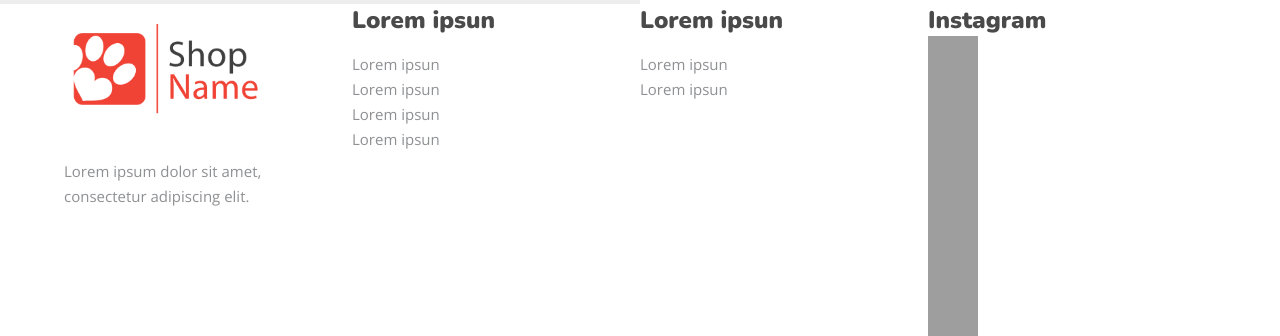
Repository: MarilynCuore/landingVet
Page: index.html
These files come from the project's save history. The page is drawn as it stood at one moment and after the next save; the edit follows.
The browser window is 1280 px wide. The pictures show the part of the page from y = 1930 to 2566 px (the page is 2266 px tall before and 2566 px after).
Pictures or frames that could not be fetched are drawn as grey boxes. Some web libraries are served in a nearby version. The style sheet was rebuilt from its Sass, Less or Tailwind sources for each picture, by a compiler version that may differ from the author's.

Above is the page before, as saved 2020-05-25 15:58:18.

### index.html
<!DOCTYPE html>
<html lang="en">

<head>
    <meta charset="UTF-8">
    <meta name="viewport" content="width=device-width, initial-scale=1.0">
    <title>Document</title>
    <link rel="stylesheet" href="./main.css">
    <link rel="stylesheet" href="https://cdnjs.cloudflare.com/ajax/libs/font-awesome/5.13.0/js/all.min.js">
</head>

<body>

    <!--Nav-->
    <nav>
        <div class="top-bar">
            <div class="container">
                <ul>
                    <li>
                        <a href="">Llámanos 609534467</a>
                    </li>
                    <li>
                        <a href="">Mi cuenta</a>
                    </li>
                </ul>
            </div>
        </div>
        <div class="bottom-bar">
            <div class="container">
                <ul>
                    <li>
                        <a href="">
                            <img src="./assets/white.png" width="100" alt="">
                        </a>
                    </li>
                </ul>
                <ul>
                    <li>
                        <a href="">Lorem ipsun</a>
                    </li>
                    <li>
                        <a href="">Lorem ipsun</a>
                    </li>
                    <li>
                        <a href="">Lorem ipsun</a>
                    </li>
                </ul>
            </div>

        </div>

    </nav>
    <header>
        <div class="container">
            <h1>Dónde ser una mascota es lo mejor</h1>
            <p>Lorem ipsum dolor sit amet, consectetur adipiscing elit. Phasellus eleifend at dolor quis vulputate.
                Quisque id blandit tellus, at pretium ex. Nulla in dui ligula. Nunc pharetra venenatis commodo.</p>
            <a href="">Saber más</a>
        </div>

    </header>
    <section>
        <div class="container">
            <div class="title">
                <h2>Lorem ipsun</h2>
                <p>Lorem ipsum dolor sit amet, consectetur adipiscing elit. <br>Phasellus eleifend at dolor quis
                    vulputate.</p>
            </div>
            <div class="grid">
                <div class="grid__container">
                    <div class="title">
                        <span>Perros</span>
                        <strong><a href="">Saber más</a></strong>
                    </div>
                </div>
                <div class="grid__container">
                    <div class="title">
                        <span>Gatos</span>
                        <strong><a href="">Saber más</a></strong>
                    </div>
                </div>
                <div class="grid__container">
                    <div class="title">
                        <span>Otros</span>
                        <strong><a href="">Saber más</a></strong>
                    </div>
                </div>
            </div>
        </div>
    </section>
    <section>
        <div class="one">
            <div class="content container">
                <h3>Encuéntranos o ponte en contacto</h3>
                <div>
                    <p>Lorem ipsum dolor sit amet, consectetur adipiscing elit. <br>Phasellus eleifend at dolor quis
                        vulputate.</p>
                    <p>lorem@gmail.com</p>
                </div>
            </div>

        </div>
        <div class="two">
            <iframe
                src="https://www.google.com/maps/embed?pb=!1m18!1m12!1m3!1d24285.284825320497!2d-3.717631440991407!3d40.460648281487934!2m3!1f0!2f0!3f0!3m2!1i1024!2i768!4f13.1!3m3!1m2!1s0xd422906e34771eb%3A0x9887e1ccf09cb673!2zVGV0dcOhbiwgTWFkcmlk!5e0!3m2!1ses!2ses!4v1590408248756!5m2!1ses!2ses"
                width="100%" height="450" frameborder="0" style="border:0;" allowfullscreen="" aria-hidden="false"
                tabindex="0"></iframe>
        </div>
    </section>
    <footer>
        <div class="container">
            <div>
                <ul>
                    <li>
                        <a href="">
                            <img src="./assets/red.png" alt="" width="200">
                        </a>

                    </li>
                    <li>
                        <p>Lorem ipsum dolor sit amet, <br> consectetur adipiscing elit. </p>
                    </li>
                </ul>
            </div>
            <div>
                <h5>Lorem ipsun</h5>
                <ul>
                    <li>
                        <a href="">Lorem ipsun</a>
                    </li>
                    <li>
                        <a href="">Lorem ipsun</a>
                    </li>
                    <li>
                        <a href="">Lorem ipsun</a>
                    </li>
                    <li>
                        <a href="">Lorem ipsun</a>
                    </li>
                </ul>
            </div>
            <div>
                <h5>Lorem ipsun</h5>
                <ul>
                    <li>
                        <a href="">Lorem ipsun</a>
                    </li>
                    <li>
                        <a href="">Lorem ipsun</a>
                    </li>
                </ul>
            </div>
            <div>
                <h5>Instagram</h5>
                <div class="grid">
                    <a href=""></a>
                    <a href=""></a>
                    <a href=""></a>
                    <a href=""></a>
                    <a href=""></a>
                    <a href=""></a>
                </div>
            </div>
        </div>
    </footer>
</body>

</html>

### main.scss
@import url("https://fonts.googleapis.com/css2?family=Nunito:ital,wght@0,200;0,300;0,400;0,600;0,700;0,800;0,900;1,200;1,300;1,400;1,600;1,700;1,800;1,900&display=swap");
@import url("https://fonts.googleapis.com/css2?family=Open+Sans:ital,wght@0,300;0,400;0,600;0,700;0,800;1,300;1,400;1,600;1,700;1,800&display=swap");
$color-primary: #f04336;
.container {
  max-width: 90%;
  margin: 0 auto;
}

nav {
  background: transparent;
  position: fixed;
  left: 0;
  width: 100%;
  z-index: 10;
  border-bottom: solid 0.5px white;
  padding-top: 1rem;
  padding-bottom: 1rem;
  .top-bar {
    background-color: rgba(white, 0.3);
    position: fixed;
    top: 0;
    width: 100%;
    height: 35px;
    font-size: 13px;
    line-height: 1;
    z-index: 110;
    .container {
      ul {
        display: flex;
        align-items: center;
        justify-content: flex-end;
        li {
          list-style: none;
          a {
            text-decoration: none;
            color: white;
            font-size: 13px;
            font-weight: normal;
            font-family: "Nunito", sans-serif;
          }
          &:nth-of-type(1) {
            padding-right: 1rem;
          }
        }
      }
    }
  }
  .bottom-bar {
    padding-top: 2rem;
    .container {
      display: flex;
      align-items: center;
      justify-content: space-between;
      ul {
        width: 100%;
        &:nth-of-type(2) {
          display: flex;
          align-self: center;
          justify-content: flex-end;
          li {
            padding-right: 3rem;
            &:last-child {
              padding-right: none !important;
            }
          }
        }
        li {
          list-style: none;
          a {
            text-decoration: none;
            color: white;
            font-size: 18px;
            font-weight: bold;
            font-family: "Nunito", sans-serif;
          }
        }
      }
    }
  }
}
header {
  background-image: url("https://pawfriends.qodeinteractive.com/wp-content/uploads/2019/08/h1-rev-img-1.jpg");
  background-size: cover;
  background-position: bottom;
  background-repeat: no-repeat;
  height: 100vh;
  width: 100vw;
  position: relative;
  .container {
    height: 100%;
    display: flex;
    flex-direction: column;
    align-items: flex-start;
    justify-content: center;

    h1 {
      z-index: 9;
      visibility: visible;
      text-align: left;
      line-height: 75px;
      letter-spacing: 0px;
      font-weight: 900;
      font-size: 70px;
      border-color: rgb(143, 144, 147);
      border-style: none;
      margin: 0px;
      padding: 0px;
      color: white;
      white-space: normal;
      width: 645px;
      height: auto;
      font-family: "Nunito", sans-serif;
    }
    p {
      z-index: 10;
      font-family: "Open Sans";
      visibility: visible;
      text-align: left;
      line-height: 30px;
      letter-spacing: 0px;
      font-weight: 400;
      font-size: 19px;
      border-color: rgb(143, 144, 147);
      border-style: none;
      margin: 0px;
      padding: 0px;
      color: white;
      white-space: normal;
      width: 639px;
      height: auto;
      padding-top: 1.2rem;
      padding-bottom: 1.5rem;
      font-family: "Open Sans", sans-serif;
    }
    a {
      color: white;
      background-color: $color-primary;
      border-color: #ffffff;
      padding: 15px 66px;
      text-decoration: none;
      font-weight: bold;
      font-family: "Nunito", sans-serif;
      border: 1px solid transparent;
      overflow: hidden;
      border-radius: 4px;
    }
  }
}
section {
  &:nth-of-type(1) {
    padding-bottom: 3.5rem;
    .container {
      .title {
        h2 {
          font-size: 50px;
          line-height: 1.1em;
          text-align: center;
          color: #424242;
          font-weight: bold;
          margin: 0;
          padding: 0;
          padding-top: 2rem;
          padding-bottom: 1.3rem;
          font-family: "Nunito", sans-serif;
          font-weight: 900;
        }
        p {
          color: #8f9093;
          font-size: 19px;
          line-height: 32px;
          text-align: center;
          margin: 0;
          padding: 0;
          font-family: "Open Sans", sans-serif;
        }
      }
      .grid {
        padding-top: 2rem;
        height: 500px;
        position: relative;
        max-width: 100%;
        display: grid;
        grid-template-columns: repeat(auto-fill, minmax(200px, 1fr));
        grid-template-rows: minmax(auto, auto);
        margin: 0 auto;
        grid-auto-flow: dense;
        grid-gap: 10px;
        &__container {
          background-size: cover;
          background-position: center;
          background-repeat: no-repeat;
          padding: 20px;
          display: grid;
          place-items: center;
          text-align: center;
          color: white;
          transition: 0.3s;
          border-radius: 6px;
          display: flex;
          align-items: flex-end;
          .title {
            margin-bottom: 2em;
            display: flex;
            justify-content: center;
            width: 100%;
            position: relative;
            cursor: pointer;
            &:hover {
              strong {
                top: -35px;
                opacity: 1;
                color: black;
                border-radius: 0;
                transform: scale(1);
              }
            }
            strong {
              transition: all 0.5s ease;
              overflow: hidden;
              opacity: 1;
              display: block;
              position: absolute;
              top: 5px;
              z-index: 0;
              transform: scale(0);
              padding: 5px 10px;
              background: white;
              color: white;
              font-family: "Nunito", sans-serif;
              a {
                color: $color-primary;
                text-decoration: none;
                cursor: pointer;
              }
            }
            span {
              z-index: 1;
              background: white;
              padding: 5px 15px;
              color: $color-primary;
              font-size: 18px;
              clip-path: polygon(0 0, 100% 0, 90% 100%, 10% 100%);
              font-family: "Nunito", sans-serif;
              font-size: 1.3rem;
              font-weight: bold;
              &:hover {
                background: $color-primary;
                color: white;
              }
            }
          }
          &:nth-child(1) {
            grid-column: span 2;
            grid-row: span 4;
            background-image: url("https://images.unsplash.com/photo-1504826260979-242151ee45b7?ixlib=rb-1.2.1&ixid=eyJhcHBfaWQiOjEyMDd9&auto=format&fit=crop&w=934&q=80");
            background-position: bottom;
          }
          &:nth-child(2) {
            grid-column: span 2;
            grid-row: span 4;
            background-image: url("https://images.unsplash.com/photo-1574231164645-d6f0e8553590?ixlib=rb-1.2.1&ixid=eyJhcHBfaWQiOjEyMDd9&auto=format&fit=crop&w=1035&q=80");
          }
          &:nth-child(3) {
            grid-column: span 2;
            grid-row: span 4;
            background-image: url("https://images.unsplash.com/photo-1529040274442-815019b0e4fc?ixlib=rb-1.2.1&auto=format&fit=crop&w=933&q=80");
          }
        }
      }
    }
  }
  &:nth-of-type(2) {
    display: flex;
    width: 100%;
    justify-content: space-between;
    width: 100%;
    .one {
      width: 50%;
      background-color: #ededed;
      .content {
        display: flex;
        flex-direction: column;
        align-items: center;
        justify-content: center;
        height: 100%;
        h3 {
          color: #424242;
          font-family: "Nunito", sans-serif;
          font-weight: 900;
          text-align: center;
          word-wrap: break-word;
          font-size: 40px;
          margin: 0;
          padding: 0;
        }
        p {
          font-size: 15px;
          font-weight: 400;
          line-height: 25px;
          color: #8f9093;
          font-family: "Open Sans";
          text-align: center;
        }
      }
    }
    .two {
      width: 50%;
    }
  }
}
footer {
  .container {
    display: flex;
    justify-content: space-between;
    align-items: flex-start;
    div {
        width: 33%;
      h5 {
        color: #4a4a4a;
        font-weight: 900;
        font-family: "Nunito", sans-serif;
        font-size: 24px;
        margin: 0;
      }
      ul {
        padding: 0px;
        li {
          list-style: none;
          p {
            color: #8f9093;
            text-align: left;
            font-family: "Open Sans";
            font-size: 15px;
            font-weight: 400;
            line-height: 25px;
            margin: 34px 0px 0px;
          }
          a {
            color: #8f9093;
            text-decoration: none;
            font-size: 15px;
            font-weight: 400;
            line-height: 25px;
            font-family: "Open Sans";
            &:hover {
              color: $color-primary;
            }
          }
        }
      }
      .grid {
        display: flex;
        align-items: center;
        justify-content: flex-start;
        flex-wrap: wrap;
        a {
          width: 50px;
          height: 50px;
          background-size: cover;
          background-position: center;
          background-repeat: no-repeat;
          &:nth-of-type(1) {
            background-image: url("https://images.unsplash.com/photo-1494256997604-768d1f608cac?ixlib=rb-1.2.1&ixid=eyJhcHBfaWQiOjEyMDd9&auto=format&fit=crop&w=2001&q=80");
          }
          &:nth-of-type(2) {
            background-image: url("https://images.unsplash.com/photo-1507146426996-ef05306b995a?ixlib=rb-1.2.1&ixid=eyJhcHBfaWQiOjEyMDd9&auto=format&fit=crop&w=1950&q=80");
          }
          &:nth-of-type(3) {
            background-image: url("https://images.unsplash.com/photo-1536612125961-dca53f20363d?ixlib=rb-1.2.1&auto=format&fit=crop&w=1950&q=80");
          }
          &:nth-of-type(4) {
            background-image: url("https://images.unsplash.com/photo-1586326709898-0a344840a314?ixlib=rb-1.2.1&auto=format&fit=crop&w=1950&q=80");
          }
          &:nth-of-type(5) {
            background-image: url("https://images.unsplash.com/photo-1518794183325-56eed2af11fa?ixlib=rb-1.2.1&ixid=eyJhcHBfaWQiOjEyMDd9&auto=format&fit=crop&w=1867&q=80");
          }
          &:nth-of-type(6) {
            background-image: url("https://images.unsplash.com/photo-1425082661705-1834bfd09dca?ixlib=rb-1.2.1&ixid=eyJhcHBfaWQiOjEyMDd9&auto=format&fit=crop&w=1955&q=80");
          }
        }
      }
    }
  }
}
body {
  margin: 0;
  padding: 0;
}

After the next save:
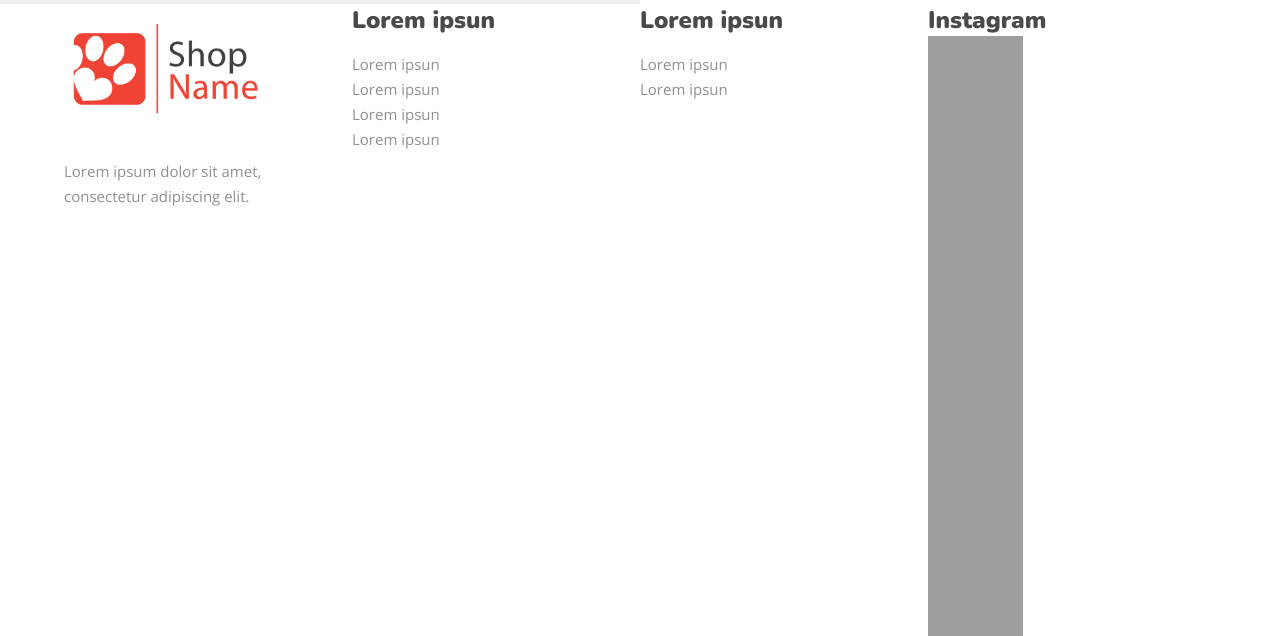
Saved 11 s later.
--- a/main.scss
+++ b/main.scss
@@ -354,8 +354,8 @@ footer {
         justify-content: flex-start;
         flex-wrap: wrap;
         a {
-          width: 50px;
-          height: 50px;
+          width: 100px;
+          height: 100px;
           background-size: cover;
           background-position: center;
           background-repeat: no-repeat;
